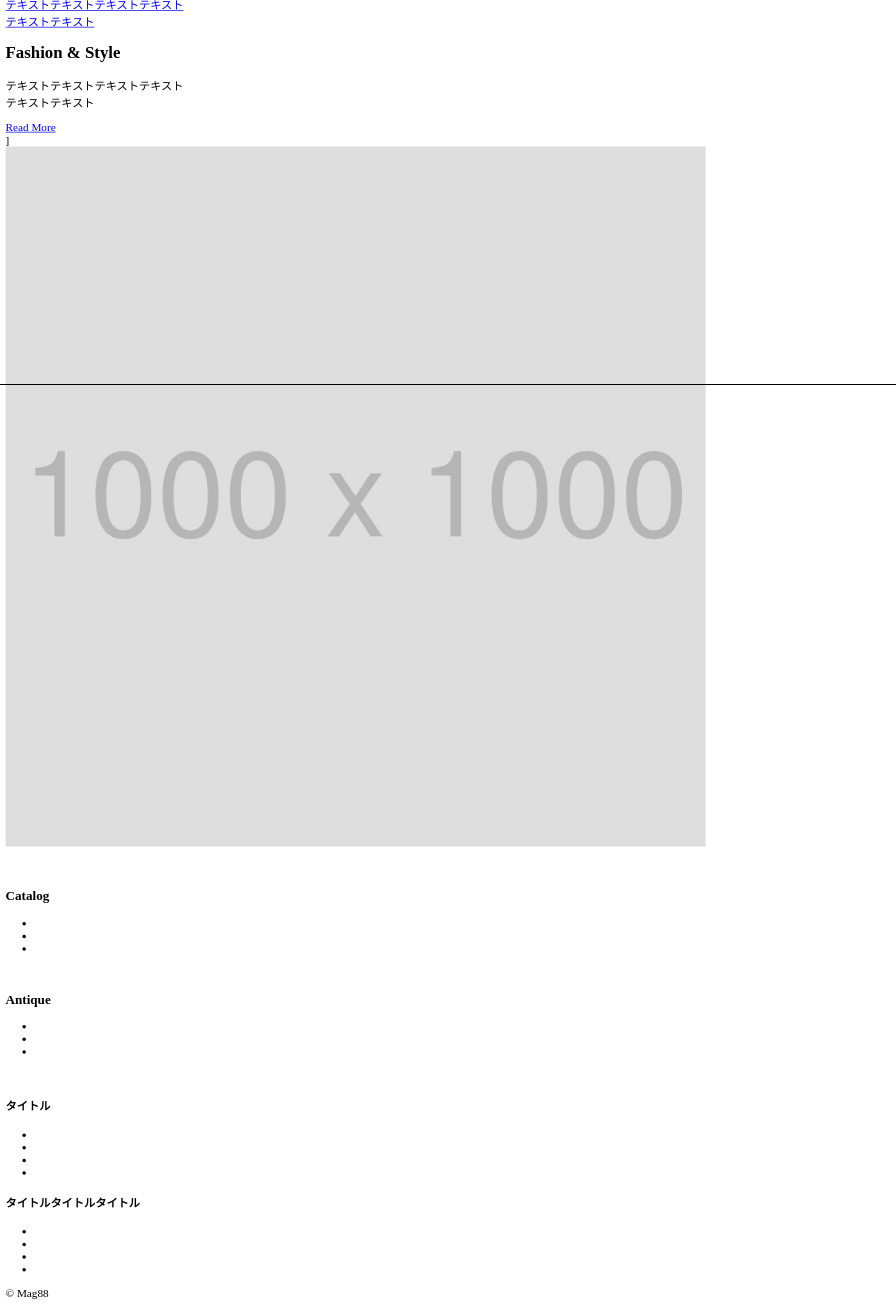
Repository: Fuki-san/bookstore
Page: http://localhost/book
These files come from the project's save history. The page is drawn as it stood at one moment and after the next save; the edit follows.
The browser window is 1280 px wide. The pictures show the part of the page from y = 2355 to 4275 px (the page is 4228 px tall before and 4275 px after), at 70% of full size.
The page is served by the project's Laravel application, run on PHP 8.4 with Laravel 10. Other server files are loaded and not shown.

Above is the page before, as saved 2023-11-20 12:20:35.

### routes/web.php
<?php

use Illuminate\Support\Facades\Route;

/*
|--------------------------------------------------------------------------
| Web Routes
|--------------------------------------------------------------------------
|
| Here is where you can register web routes for your application. These
| routes are loaded by the RouteServiceProvider and all of them will
| be assigned to the "web" middleware group. Make something great!
|
*/

Route::get('/', function () {
    return view('welcome');
});

Route::get('book', function() {
    return view('bookstore');
})->name('book');

### resources/views/bookstore.blade.php
@extends('layouts.main')

@section('title', 'bookstore')

@section('content')
    <header>
        <h1 class="site-title"><img src="img/logo.svg" alt="Mag88"></h1>
    </header>

    <main>
        <section id="magazine" class="wrapper">
            <h2 class="sec-title">A special, long article in a newspaper or magazine</h2>
            <p>テキストテキスト</p>
            <div class="flex-item">
                <a class="item" href="#">
                    <img src="img/magazine-archive.jpg">
                    <div class="text">
                        <p class="title">Archive</p>
                        <p>
                            テキストテキストテキストテキスト<br>
                            テキストテキスト
                        </p>
                    </div>
                </a>
                <a href="#" class="item">
                    <img src="img/magazine-new.jpg">
                    <div class="text">
                        <p class="title">New</p>
                        <p>
                            テキストテキストテキストテキスト<br>
                            テキストテキスト
                        </p>
                    </div>
                </a>
            </div>
        </section>

        <section id="fashion">
            <div class="wrapper">
                <h2 class="sec-title">Fashion &amp; Style</h2>
                <p>
                テキストテキストテキストテキスト<br>
                テキストテキスト
                </p>
                <a href="#" btn>Read More</a>
            </div>
        </section>

        <section class="catalog-antique">]
            <div class="flex-item wrapper">
                <div class="item">
                    <img src="img/catalog.jpg">
                </div>
                <div class="item">
                    <h2 class="sec-title"></h2>
                </div>
            </div>
            <img src="">
            <h3>Catalog</h3>
            <ul>
                <li></li>
                <li></li>
                <li></li>
            </ul>
        </section>
        <section class="catalog-antique">
            <img src="">
            <h3>Antique</h3>
            <ul>
                <li></li>
                <li></li>
                <li></li>
            </ul>
        </section>

    </main>


    <footer>
        <div class="footer-menu">
            <img src="">
            <h4>タイトル</h4>
            <ul>
                <li></li>
                <li></li>
                <li></li>
                <li></li>
            </ul>
            <h4>タイトルタイトルタイトル</h4>
            <ul>
                <li></li>
                <li></li>
                <li></li>
                <li></li>
            </ul>
        </div>
        <p>&copy; Mag88</p>
    </footer>
@endsection

### resources/views/layouts/main.blade.php
<!DOCTYPE html>
<html lang="ja">
<head>
    <meta charset="UTF-8">
    <meta name="viewport" content="width=device-width, initial-scale=1.0">
    <meta http-equiv="X-UA-Compatible" content="ie=edge">
    <link rel="stylesheet" href="{{ asset('css/reset.css') }}">
    <link rel="stylesheet" href="{{ asset('css/style.css') }}">
    <link rel="icon" href="img/favicon.ico">
    <title>@yield('title')</title>
</head>
<body>
    @yield('content')
</body>
</html>

### public/img/logo.svg
<?xml version="1.0" encoding="utf-8"?>
<!-- Generator: Adobe Illustrator 15.1.0, SVG Export Plug-In . SVG Version: 6.00 Build 0)  -->
<!DOCTYPE svg PUBLIC "-//W3C//DTD SVG 1.1//EN" "http://www.w3.org/Graphics/SVG/1.1/DTD/svg11.dtd">
<svg version="1.1" id="レイヤー_1" xmlns="http://www.w3.org/2000/svg" xmlns:xlink="http://www.w3.org/1999/xlink" x="0px"
	 y="0px" width="120px" height="40px" viewBox="0 0 120 40" enable-background="new 0 0 120 40" xml:space="preserve">
<text transform="matrix(1 0 0 1 11.667 -25.8213)" fill="#2B3137" font-family="'Arial-BoldMT'" font-size="31.8021">Mag88</text>
<rect fill="#2A2A2A" width="120" height="40"/>
<g>
	<path fill="#FFFFFF" d="M13.351,29.333V6.568h6.879l4.13,15.529l4.084-15.529h6.895v22.765h-4.271v-17.92l-4.519,17.92h-4.425
		l-4.503-17.92v17.92H13.351z"/>
	<path fill="#FFFFFF" d="M43.134,17.872l-3.96-0.714c0.445-1.595,1.211-2.774,2.299-3.54c1.087-0.766,2.701-1.149,4.845-1.149
		c1.946,0,3.396,0.23,4.348,0.69c0.952,0.461,1.623,1.047,2.011,1.756c0.389,0.709,0.582,2.01,0.582,3.904l-0.046,5.094
		c0,1.449,0.069,2.518,0.21,3.207c0.139,0.688,0.4,1.426,0.783,2.213h-4.316c-0.113-0.29-0.254-0.72-0.419-1.289
		c-0.073-0.259-0.124-0.43-0.155-0.513c-0.746,0.725-1.543,1.269-2.392,1.63c-0.849,0.363-1.755,0.544-2.718,0.544
		c-1.697,0-3.035-0.46-4.014-1.382s-1.467-2.086-1.467-3.494c0-0.932,0.222-1.762,0.667-2.492c0.444-0.73,1.069-1.289,1.871-1.677
		c0.802-0.389,1.959-0.728,3.471-1.018c2.039-0.383,3.452-0.739,4.239-1.071v-0.435c0-0.839-0.207-1.437-0.621-1.794
		s-1.195-0.535-2.345-0.535c-0.776,0-1.382,0.152-1.817,0.458C43.755,16.571,43.403,17.106,43.134,17.872z M48.973,21.413
		c-0.559,0.187-1.444,0.409-2.655,0.668c-1.212,0.259-2.003,0.512-2.376,0.761c-0.569,0.403-0.854,0.916-0.854,1.537
		c0,0.61,0.227,1.14,0.683,1.584c0.456,0.445,1.035,0.667,1.739,0.667c0.787,0,1.537-0.258,2.252-0.775
		c0.527-0.394,0.875-0.875,1.04-1.444c0.114-0.373,0.171-1.081,0.171-2.128V21.413z"/>
	<path fill="#FFFFFF" d="M57.157,30.419l4.984,0.605c0.083,0.58,0.274,0.979,0.574,1.196c0.414,0.311,1.066,0.466,1.957,0.466
		c1.139,0,1.992-0.171,2.563-0.512c0.383-0.229,0.673-0.596,0.869-1.104c0.135-0.362,0.202-1.029,0.202-2.003v-2.407
		c-1.304,1.781-2.95,2.672-4.938,2.672c-2.215,0-3.97-0.938-5.264-2.811c-1.015-1.48-1.521-3.324-1.521-5.529
		c0-2.764,0.664-4.875,1.995-6.335c1.33-1.46,2.983-2.189,4.962-2.189c2.039,0,3.721,0.896,5.046,2.687v-2.314h4.084V27.64
		c0,1.946-0.161,3.4-0.481,4.363s-0.771,1.719-1.351,2.268c-0.58,0.549-1.354,0.979-2.321,1.289
		c-0.969,0.311-2.192,0.466-3.673,0.466c-2.795,0-4.778-0.479-5.947-1.437c-1.17-0.957-1.755-2.172-1.755-3.642
		C57.141,30.802,57.147,30.626,57.157,30.419z M61.054,20.745c0,1.75,0.339,3.031,1.017,3.844c0.679,0.813,1.515,1.219,2.508,1.219
		c1.066,0,1.967-0.416,2.703-1.25c0.734-0.834,1.102-2.068,1.102-3.703c0-1.709-0.352-2.977-1.056-3.805s-1.595-1.242-2.671-1.242
		c-1.045,0-1.907,0.406-2.586,1.219C61.393,17.839,61.054,19.079,61.054,20.745z"/>
	<path fill="#FFFFFF" d="M79.797,17.05c-1.129-0.477-1.949-1.131-2.462-1.965c-0.513-0.833-0.769-1.746-0.769-2.74
		c0-1.697,0.593-3.101,1.778-4.208c1.185-1.107,2.87-1.662,5.054-1.662c2.164,0,3.844,0.554,5.039,1.662
		c1.196,1.108,1.794,2.511,1.794,4.208c0,1.056-0.274,1.995-0.823,2.818c-0.549,0.822-1.32,1.451-2.313,1.887
		c1.263,0.508,2.224,1.248,2.88,2.221c0.658,0.973,0.986,2.096,0.986,3.369c0,2.102-0.67,3.811-2.011,5.125
		s-3.124,1.972-5.349,1.972c-2.071,0-3.795-0.544-5.172-1.63c-1.625-1.284-2.438-3.045-2.438-5.28c0-1.231,0.305-2.362,0.916-3.394
		C77.52,18.403,78.482,17.608,79.797,17.05z M80.293,22.407c0,1.201,0.309,2.138,0.924,2.811c0.616,0.673,1.385,1.01,2.307,1.01
		c0.9,0,1.646-0.324,2.236-0.971c0.59-0.647,0.885-1.582,0.885-2.803c0-1.066-0.301-1.924-0.9-2.57
		c-0.602-0.646-1.361-0.971-2.283-0.971c-1.066,0-1.861,0.367-2.383,1.103C80.555,20.751,80.293,21.548,80.293,22.407z
		 M80.698,12.655c0,0.869,0.246,1.547,0.737,2.034c0.491,0.486,1.146,0.729,1.964,0.729c0.828,0,1.491-0.246,1.988-0.737
		s0.745-1.173,0.745-2.042c0-0.818-0.246-1.473-0.737-1.965c-0.492-0.491-1.142-0.737-1.949-0.737c-0.838,0-1.506,0.249-2.003,0.745
		C80.946,11.18,80.698,11.837,80.698,12.655z"/>
	<path fill="#FFFFFF" d="M97.484,17.05c-1.128-0.477-1.948-1.131-2.462-1.965c-0.512-0.833-0.768-1.746-0.768-2.74
		c0-1.697,0.592-3.101,1.777-4.208c1.186-1.107,2.871-1.662,5.055-1.662c2.164,0,3.844,0.554,5.039,1.662
		c1.195,1.108,1.793,2.511,1.793,4.208c0,1.056-0.273,1.995-0.822,2.818c-0.549,0.822-1.32,1.451-2.314,1.887
		c1.264,0.508,2.224,1.248,2.881,2.221c0.658,0.973,0.986,2.096,0.986,3.369c0,2.102-0.67,3.811-2.012,5.125
		c-1.34,1.314-3.123,1.972-5.349,1.972c-2.071,0-3.794-0.544-5.171-1.63c-1.625-1.284-2.438-3.045-2.438-5.28
		c0-1.231,0.305-2.362,0.916-3.394C95.207,18.403,96.168,17.608,97.484,17.05z M97.981,22.407c0,1.201,0.308,2.138,0.924,2.811
		c0.615,0.673,1.385,1.01,2.307,1.01c0.9,0,1.646-0.324,2.235-0.971c0.591-0.647,0.886-1.582,0.886-2.803
		c0-1.066-0.301-1.924-0.901-2.57s-1.361-0.971-2.282-0.971c-1.066,0-1.861,0.367-2.384,1.103S97.981,21.548,97.981,22.407z
		 M98.385,12.655c0,0.869,0.245,1.547,0.736,2.034c0.492,0.486,1.146,0.729,1.965,0.729c0.828,0,1.49-0.246,1.988-0.737
		c0.496-0.491,0.744-1.173,0.744-2.042c0-0.818-0.246-1.473-0.736-1.965c-0.492-0.491-1.143-0.737-1.949-0.737
		c-0.839,0-1.506,0.249-2.004,0.745C98.633,11.18,98.385,11.837,98.385,12.655z"/>
</g>
</svg>

Loaded but not shown: public/css/style.css (no copy from this time; the picture is the same without it)

After the next save:
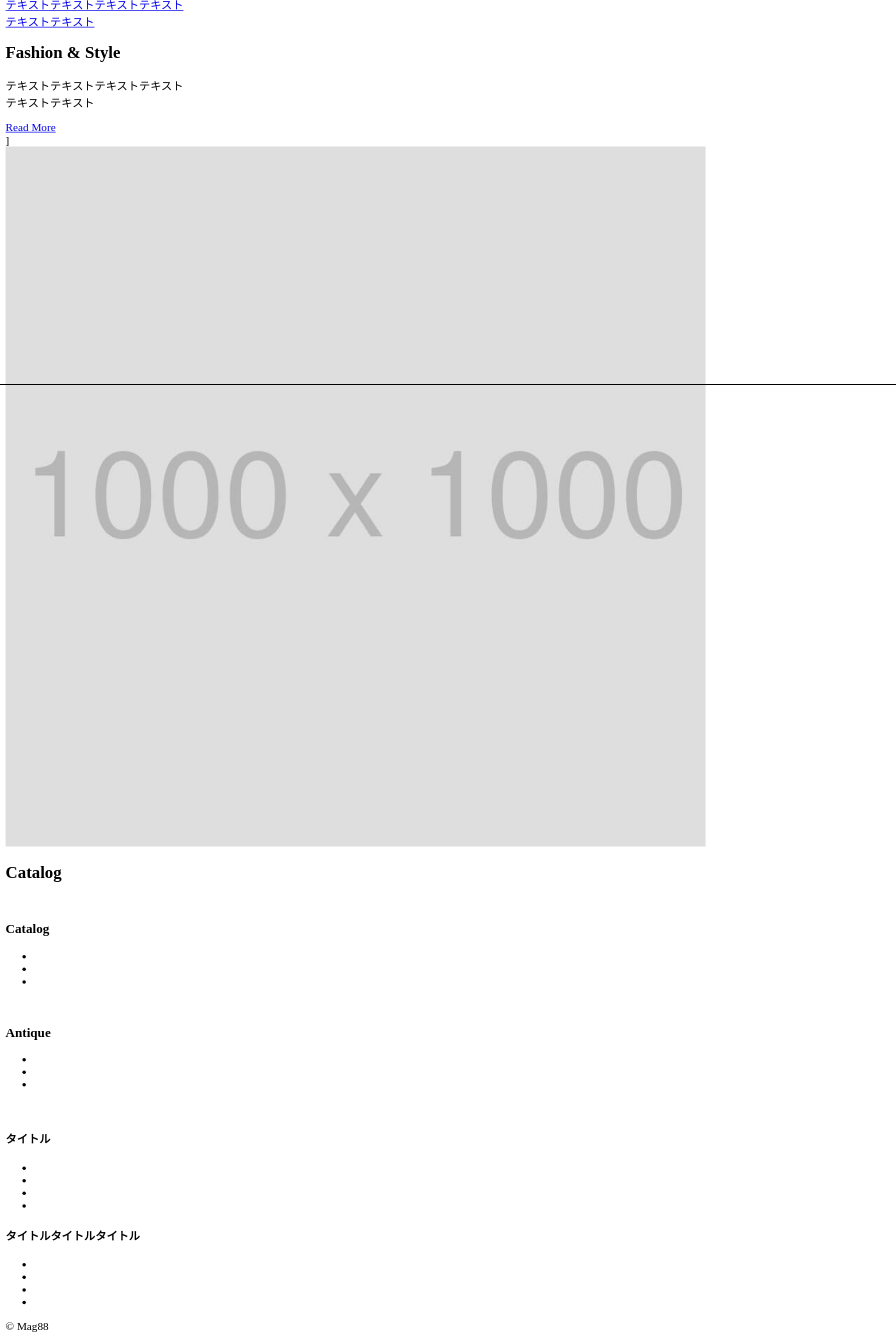
Saved 4 s later.
--- a/resources/views/bookstore.blade.php
+++ b/resources/views/bookstore.blade.php
@@ -52,7 +52,7 @@
                     <img src="img/catalog.jpg">
                 </div>
                 <div class="item">
-                    <h2 class="sec-title"></h2>
+                    <h2 class="sec-title">Catalog</h2>
                 </div>
             </div>
             <img src="">
